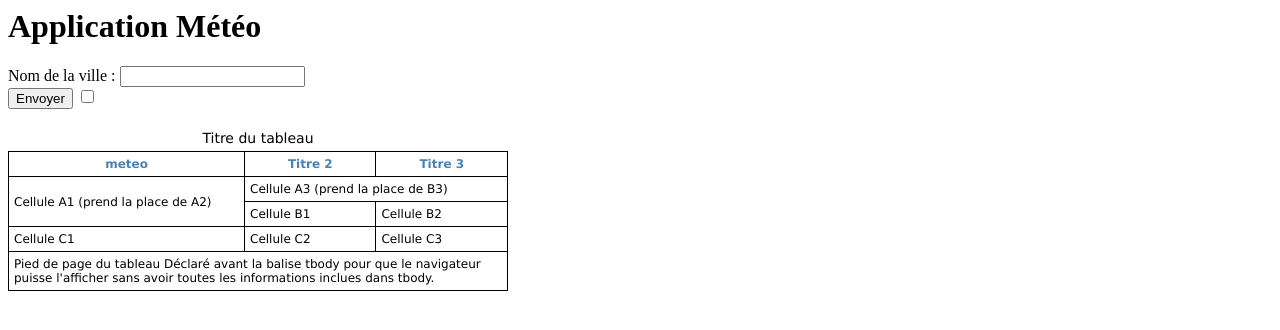
Repository: IFATech-Metz/dev-log-4
Page: projet.html
These files come from the project's save history. The page is drawn as it stood at one moment and after the next save; the edit follows.
The browser window is 1280 px wide. The pictures show the whole page.
The page's requests for data from a server got no answer.

Above is the page before, as saved 2019-01-21 20:12:26.

### projet.html
<html>
    <head>
        <title>Météo du jour</title>
        <script src="meteo.js"></script>
        <link rel="stylesheet" type="text/css" href="style.css">
    </head>
    <body onload="init_page()">
        <h1>Application M&eacute;t&eacute;o</h1>
        <p>
            Nom de la ville :
            <input type="text" id="ville" value=""><br>

            <button type="button" onclick="get_temperature()">Envoyer</button>
            <input type="checkbox" id="url_visibility">

        </p>

       <div id="url">
       </div>

        <div id="meteo">
        </div>
        <table rules="all" cellpadding="5px" style="width:500px; border:solid 1px black; font-family:verdana; font-size:12px;">
            <caption style="margin:5px; font-size:14px;">Titre du tableau</caption>
            <thead>
               <tr style="color:steelblue;">
                  <th>meteo</th>
                  <th>Titre 2</th>
                  <th>Titre 3</th>
               </tr>
            </thead>
            <tfoot>
               <tr>
                  <td colspan="3">
                  Pied de page du tableau
                  Déclaré avant la balise tbody pour que le navigateur puisse l'afficher
                  sans avoir toutes les informations inclues dans tbody.
                  </td>
               </tr>
            </tfoot>
            <tbody>
               <tr>
                  <td rowspan="2">Cellule A1 (prend la place de A2)</td>
                  <td colspan="2">Cellule A3 (prend la place de B3)</td>
               </tr>
               <tr>
                  <td>Cellule B1</td>
                  <td>Cellule B2</td>
               </tr>
               <tr>
                  <td>Cellule C1</td>
                  <td>Cellule C2</td>
                  <td>Cellule C3</td>
               </tr>
            </tbody>
         </table>








        <div id="latitude">
        </div>
        <div id="longitude">
        </div>
        <div id="humidity">
        </div>
        <div id="sun_rise">
        </div>
        <div id="sun_set">
        </div>
        <div id="weather_value">
        </div>
        <div id="pressure">
        </div>
        <div id="temp_min">
        </div>
        <div id="temp_max">
        </div>
        <div id="speed">
        </div>
        <div id="direction">
        </div>
        <div id="clouds">
        </div>

        <img id="icon" src="">
    </body>
</html>

### meteo.js
var xhr = new XMLHttpRequest();

// Forme générale du lien :
// http://maps.openweathermap.org/maps/2.0/weather/TA2/{z}/{x}/{y}?
// date=1527811200&opacity=0.9&fill_bound=true&appid={api_key}

var base_url = "http://api.openweathermap.org/data/2.5/weather";
var city = "Metz";
var units = "metric";
var appid = "f5e810531af1756846022c6f387acf25";

function get_url() {
    return base_url + "?"
        + "q=" + city + "&"
        + "units=" + units + "&"
        + "appid=" + appid;

}

function init_page() {
    xhr.onreadystatechange = function() {
        if (this.readyState == 4 && this.status == 200) {

            document.getElementById("url").innerHTML = get_url();
//Temperature
            var response = JSON.parse(this.responseText);
            var temperature = response.main.temp;
//Latitude et longitude
            var latitude = response.coord.lat;
            var longitude = response.coord.lon;
//Humidité
           var humidity = response.main.humidity;
//levé et couché de soleil
            // Create a new JavaScript Date object based on the timestamp
            // multiplied by 1000 so that the argument is in milliseconds, not seconds.
        var dateL = new Date(response.sys.sunrise*1000);
        // Hours part from the timestamp
        var hoursL = dateL.getHours();
        // Minutes part from the timestamp
        var minutesL = "0" + dateL.getMinutes();
        // Seconds part from the timestamp
        var secondsL = "0" + dateL.getSeconds();

        // Will display time in 10:30:23 format
        var formattedTimeL = hoursL + ':' + minutesL.substr(-2) + ':' + secondsL.substr(-2);
            var sun_rise = formattedTimeL;

        var dateC = new Date(response.sys.sunset*1000);
        // Hours part from the timestamp
        var hoursC = dateC.getHours();
        // Minutes part from the timestamp
        var minutesC = "0" + dateC.getMinutes();
        // Seconds part from the timestamp
        var secondsC = "0" + dateC.getSeconds();

        // Will display time in 10:30:23 format
        var formattedTimeC = hoursC + ':' + minutesC.substr(-2) + ':' + secondsC.substr(-2);
        var sun_set = formattedTimeC;
// condition météo
            var weather_value = response.weather[0].main
//pression
            var pressure = response.main.pressure;
//temp_min
            var temp_min = response.main.temp_min;
//temp_max
            var temp_max = response.main.temp_max;
//wind speed
            var speed = response.wind.speed;
//wind direction
            var direction = response.wind.deg;
//clouds
            var clouds = response.clouds.all;
//Icone
            var icon = response.weather[0].icon;
            var src = "http://openweathermap.org/img/w/" + icon + ".png";


            document.getElementById("meteo").innerHTML = temperature;
            document.getElementById("latitude").innerHTML = latitude;
            document.getElementById("longitude").innerHTML = longitude;
            document.getElementById("humidity").innerHTML = humidity;
            document.getElementById("sun_rise").innerHTML = sun_rise;
            document.getElementById("sun_set").innerHTML = sun_set;
            document.getElementById("weather_value").innerHTML = weather_value;
            document.getElementById("pressure").innerHTML = pressure;
            document.getElementById("temp_min").innerHTML = temp_min;
            document.getElementById("temp_max").innerHTML = temp_max;
            document.getElementById("speed").innerHTML = speed;
            document.getElementById("direction").innerHTML = direction;
            document.getElementById("clouds").innerHTML = clouds;
            document.getElementById("icon").src = src;
        }
    }

    xhr.open("GET", get_url(), true)
    xhr.send()
}
function get_temperature() {
    city = document.getElementById("ville").value;

    xhr.onreadystatechange = function() {
        if (this.readyState == 4 && this.status == 200) {
            //TODO
            document.getElementById("url").innerHTML = get_url();

            if(document.getElementById("url_visibility").checked){
                document.getElementById("url").style.display = "block";
            }
            else{
                document.getElementById("url").style.display = "none";
            }

            var response = JSON.parse(this.responseText);
            var temperature = response.main.temp;
            var latitude = response.coord.lat;
            var longitude = response.coord.lon;
            var humidity = response.main.humidity;
            var dateL = new Date(response.sys.sunrise*1000);
            // Hours part from the timestamp
            var hoursL = dateL.getHours();
            // Minutes part from the timestamp
            var minutesL = "0" + dateL.getMinutes();
            // Seconds part from the timestamp
            var secondsL = "0" + dateL.getSeconds();

            // Will display time in 10:30:23 format
            var formattedTimeL = hoursL + ':' + minutesL.substr(-2) + ':' + secondsL.substr(-2);
            var sun_rise = formattedTimeL;

           var dateC = new Date(response.sys.sunset*1000);
            // Hours part from the timestamp
            var hoursC = dateC.getHours();
            // Minutes part from the timestamp
            var minutesC = "0" + dateC.getMinutes();
            // Seconds part from the timestamp
            var secondsC = "0" + dateC.getSeconds();

            // Will display time in 10:30:23 format
            var formattedTimeC = hoursC + ':' + minutesC.substr(-2) + ':' + secondsC.substr(-2);
            var sun_set = formattedTimeC;

            var weather_value = response.weather[0].main;
            var pressure = response.main.pressure;
            var temp_min = response.main.temp_min;
            var temp_max = response.main.temp_max;
            var speed = response.wind.speed;
            var direction = response.wind.deg;
            var clouds = response.clouds.all;

            var icon = response.weather[0].icon;
            var src = "http://openweathermap.org/img/w/" + icon + ".png";

            document.getElementById("meteo").innerHTML = temperature;
            document.getElementById("latitude").innerHTML = latitude;
            document.getElementById("longitude").innerHTML = longitude;
            document.getElementById("humidity").innerHTML = humidity;
            document.getElementById("sun_rise").innerHTML = sun_rise;
            document.getElementById("sun_set").innerHTML = sun_set;
            document.getElementById("weather_value").innerHTML = weather_value;
            document.getElementById("pressure").innerHTML = pressure;
            document.getElementById("temp_min").innerHTML = temp_min;
            document.getElementById("temp_max").innerHTML = temp_max;
            document.getElementById("speed").innerHTML = speed;
            document.getElementById("direction").innerHTML = direction;
            document.getElementById("clouds").innerHTML = clouds;

            document.getElementById("icon").src = src;
        }
    }

    xhr.open("GET", get_url(), true)
    xhr.send()
}

### style.css
#url {
    color: red;
    display: none;
}
#meteo {
    background: rgb(16, 109, 163);
    color: white;
}
#latitude {
    background: rgb(163, 75, 16);
    color: white;
}
#longitude {
    background: rgb(16, 109, 163);
    color: white;
}
#humidity {
    background: rgb(16, 109, 163);
    color: white;
}
#sun_rise {
    background: rgb(222, 236, 28);
    color: white;
}

#sun_set {
    background: rgb(236, 37, 210);
    color: white;
}
#weather_value {
    background: rgb(25, 247, 18);
    color: white;
}
#pressure {
    background: blue;
    color: white;
}
#temp_min {
    background: blue;
    color: white;
}
#temp_max {
    background: red;
    color: white;
}
#speed {
    background:green;
    color: white;
}
#direction {
    background:green;
    color: white;
}
#clouds {
    background: greenyellow;
    color: white;
}

After the next save:
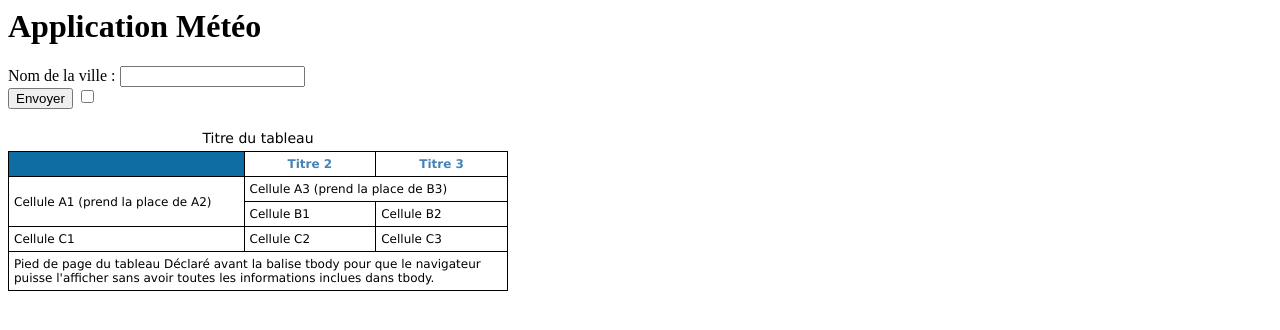
Saved 68 s later.
--- a/projet.html
+++ b/projet.html
@@ -24,7 +24,7 @@
             <caption style="margin:5px; font-size:14px;">Titre du tableau</caption>
             <thead>
                <tr style="color:steelblue;">
-                  <th>meteo</th>
+                  <th  id="meteo"></th>
                   <th>Titre 2</th>
                   <th>Titre 3</th>
                </tr>
